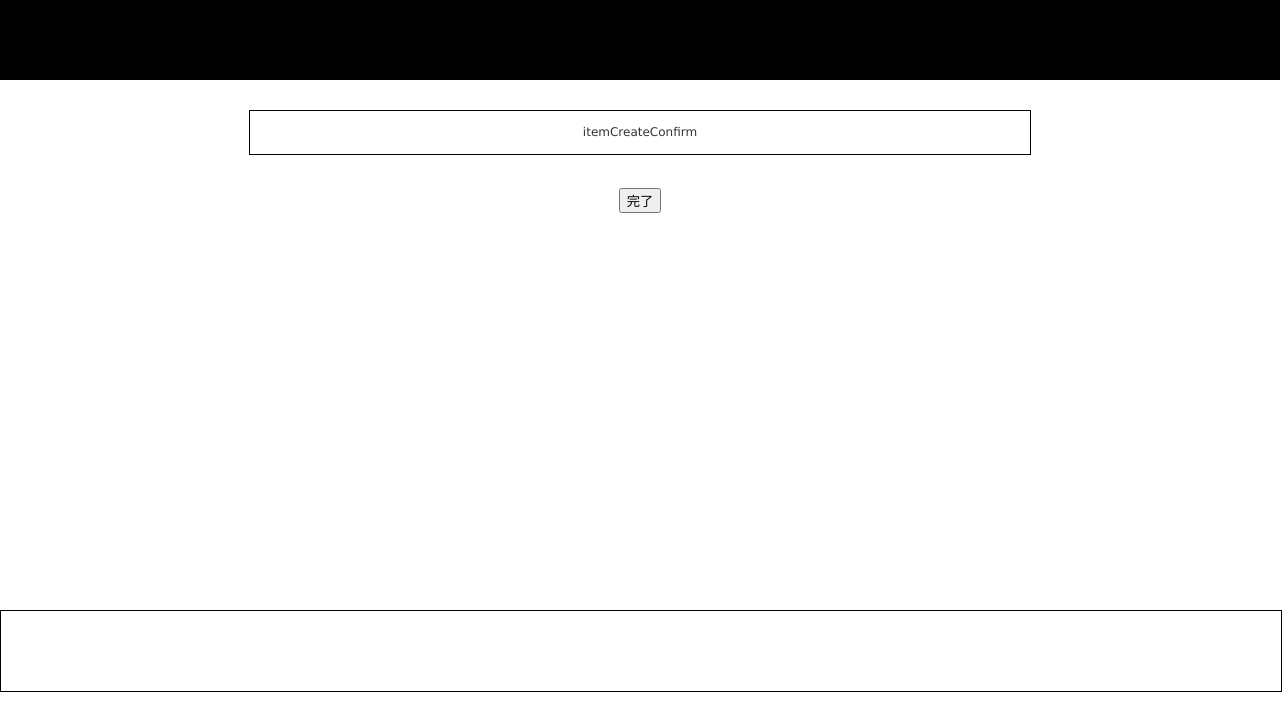
Repository: kazuki000/test
Page: http://localhost/ecsite/itemCreateConfirm.jsp
An editor plug-in stored every save of this project. The page is shown before and after the next save, followed by the edit.
The browser window is 1280 px wide. The page is 1282 px wide, so the pictures cover 1282 px, including what lies to the right of the window. The pictures show the whole page.
The page is served by Tomcat 9. Other server files are loaded and not shown.

Above is the page before, as saved 2019-05-02 08:22:34.

### ecsite/WebContent/itemCreateConfirm.jsp
<%@ page language="java" contentType="text/html; charset=UTF-8"
    pageEncoding="UTF-8"%>
<%@ taglib prefix="s" uri="/struts-tags"%>
<!DOCTYPE html PUBLIC "-//W3C//DTD HTML 4.01 Transitional//EN" "http://www.w3.org/TR/html4/loose.dtd">
<html>
<head>
	<meta http-equiv="Content-Type" content="text/html; charset=UTF-8">
	<meta http-equiv="Content-Style-Type" content="text/css"/>
	<meta http-equiv="Content-Script-Type" content="text/javascript"/>
	<meta http-equiv="imagetoolbar" content="no"/>
	<meta http-equiv="keywords" content=""/>
	<meta http-equiv="description" content=""/>
	<title>itemCreateComfirm.jsp</title>

	<style type="text/css">

	body{
		margin:0;
		padding:0;
		line-height:1.6;
		letter-spacing;1px;
		font-family:Verdana,Helvetica,sans-serif;
		font-size:12px;
		color:#333;
		background:#fff;
	}

	table{
		text-align:center;
		margin:0 auto;
	}

	#top{
		width:780px;
		margin:30px auto;
		border:1px solid black;
	}

	#header{
		width:100%;
		height:80px;
		background-color:black;
	}

	#main{
		width:100%;
		height:500px;
		text-align:center;
	}

	#footer{
		width:100%;
		height:80px;
		border:1px solid black;
	}

	</style>
</head>
<body>
	<div id="header">
			<div id="pr">
			</div>
	</div>
	<div id="main">
			<div id="top">
					<p>itemCreateConfirm</p>
			</div>
			<div>
				<s:form action="ItemCreateCompleteAction">
					<s:submit value="完了"/>
				</s:form>
			</div>
	</div>
	<div id="footer">
			<div id="pr">
			</div>
	</div>


</body>
</html>

After the next save:
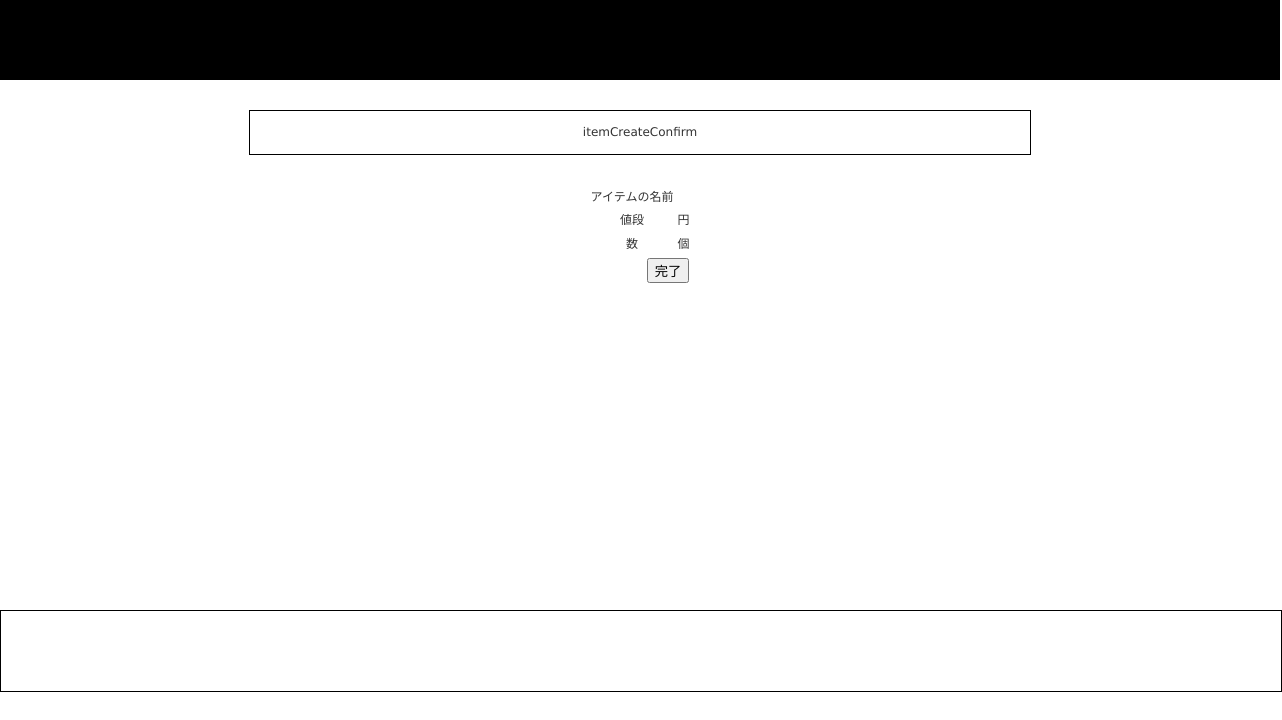
Saved 10 min 10 s later.
--- a/ecsite/WebContent/itemCreateConfirm.jsp
+++ b/ecsite/WebContent/itemCreateConfirm.jsp
@@ -67,6 +67,27 @@
 			</div>
 			<div>
 				<s:form action="ItemCreateCompleteAction">
+				<table>
+						<tr>
+							<td>アイテムの名前</td>
+							<td><s:property value="session.itemName"/></td>
+						</tr>
+						<tr>
+							<td>値段</td>
+							<td>
+								<s:property value="session.itemPrice"/>
+											<span>円</span>
+							</td>
+						</tr>
+						<tr>
+							<td>数</td>
+							<td>
+								<s:property value="session.itemStock"/>
+											<span>個</span>
+							</td>
+						</tr>
+
+
 					<s:submit value="完了"/>
 				</s:form>
 			</div>
